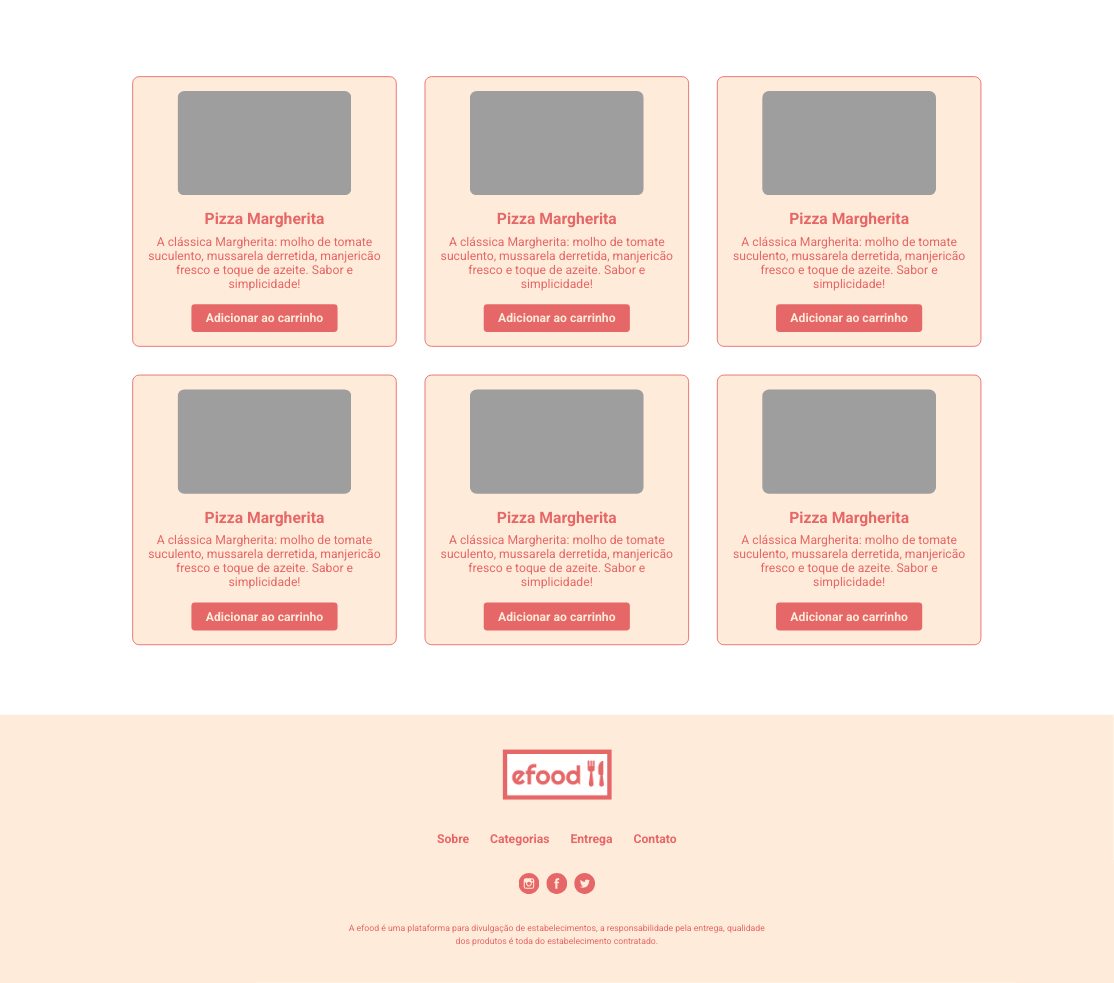
Repository: Biel-barbosa/projeto-final-efood
Page: /restaurante/1
An editor plug-in stored every save of this project. The page is shown before and after the next save, followed by the edit.
The browser window is 1280 px wide. The pictures show the part of the page from y = 472 to 1714 px (the page is 1602 px tall before and 1714 px after), at 87% of full size.
Pictures or frames that could not be fetched are drawn as grey boxes. The project was rebuilt for these pictures with package versions that can differ from the ones it lists, and the page was loaded fresh each time. Also part of the build but not shown: src/components/RestaurantCard/index.tsx, src/pages/Home/index.tsx.

Above is the page before, as saved 2025-06-09 15:24:32.

After the next save:
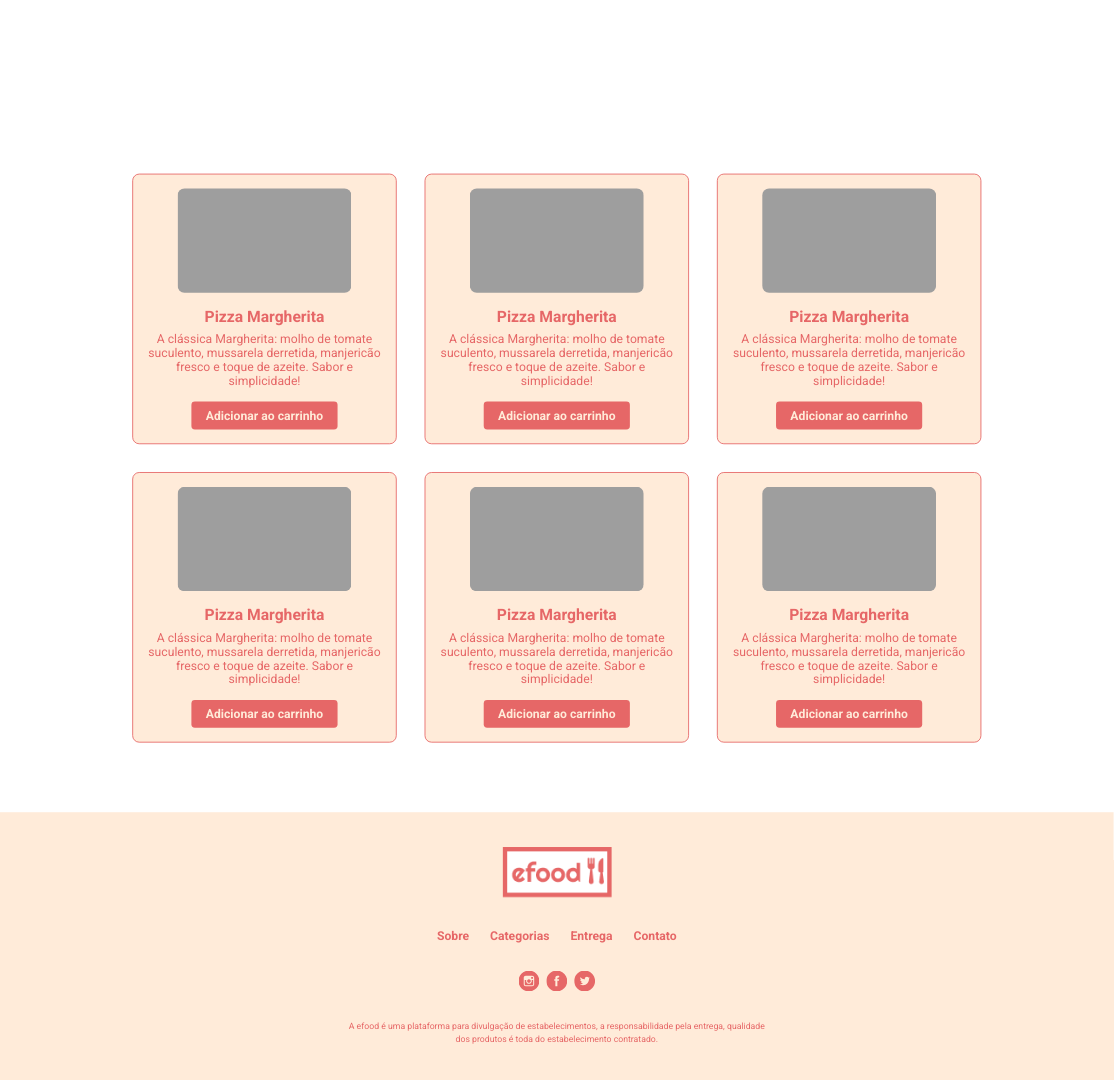
Saved 9 s later.
--- a/src/pages/Restaurant/index.tsx
+++ b/src/pages/Restaurant/index.tsx
@@ -121,7 +121,7 @@
   right: 50%;
   margin-left: -50vw;
   margin-right: -50vw;
-  margin-bottom: 88px;
+  margin-bottom: 200px;
   position: relative;
   background: ${colors.secondary};
   display: flex;
